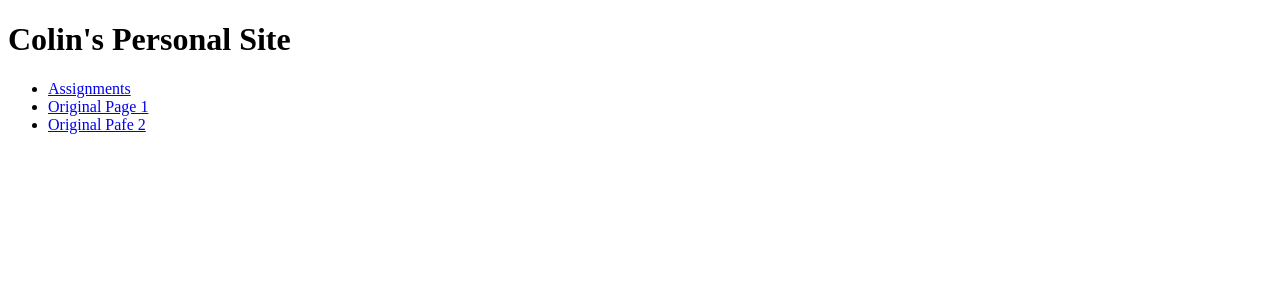
Repository: mclearc1/IMM-130-Files
Page: personal_site/index.html
The author's editor kept a record of every edit. The page is drawn from the files as they stood at one moment, then again after the next edit.
The browser window is 1280 px wide. The pictures show the whole page.

Above is the page before.

After the next edit:
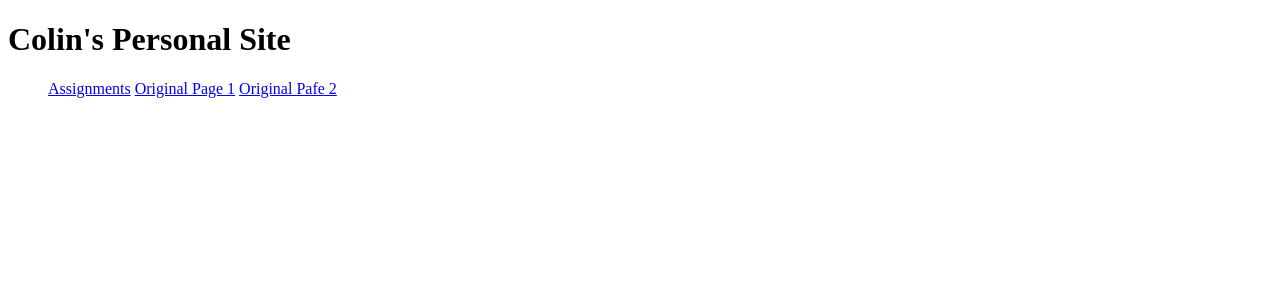
The edit:
--- a/personal_site/index.html
+++ b/personal_site/index.html
@@ -8,9 +8,8 @@
     <body>
         <h1>Colin's Personal Site</h1>
         <ul>
-        <li><a href="assignments.html">Assignments</a></li>
-        <li><a href="original1.html">Original Page 1</a></li>
-        <li><a href="original2.html">Original Pafe 2</a></li>
-        </ul>
+        <a href="assignments.html">Assignments</a>
+        <a href="original1.html">Original Page 1</a>
+        <a href="original2.html">Original Pafe 2</a>
     </body>
 </html>
